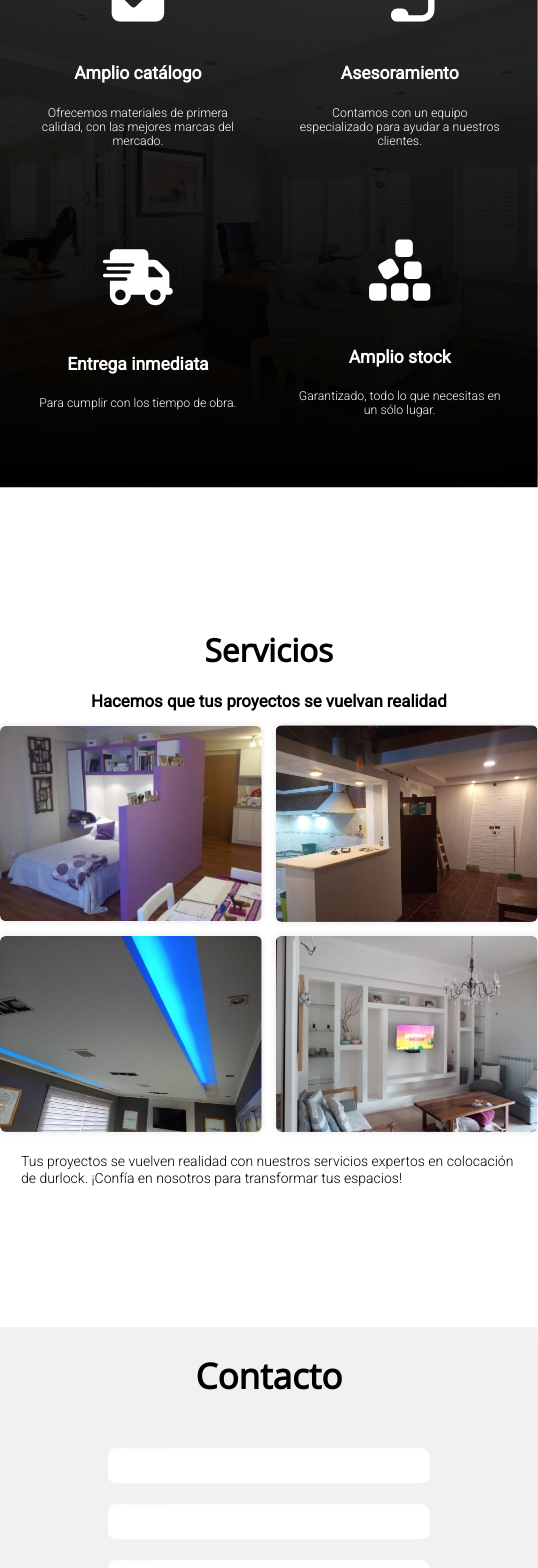
Repository: DamianBermudez94/Perfil-Plac
Page: /
An editor plug-in stored every save of this project. The page is shown before and after the next save, followed by the edit.
The browser window is 768 px wide. The pictures show the part of the page from y = 4260 to 6500 px (the page is 7406 px tall), at 70% of full size.
Backgrounds fixed to the window are drawn as part of the page. The project was rebuilt for these pictures with package versions that can differ from the ones it lists, and the page was loaded fresh each time. Also part of the build but not shown: vite.config.js, src/index.css.

Above is the page before, as saved 2024-02-20 18:40:16.

After the next save:
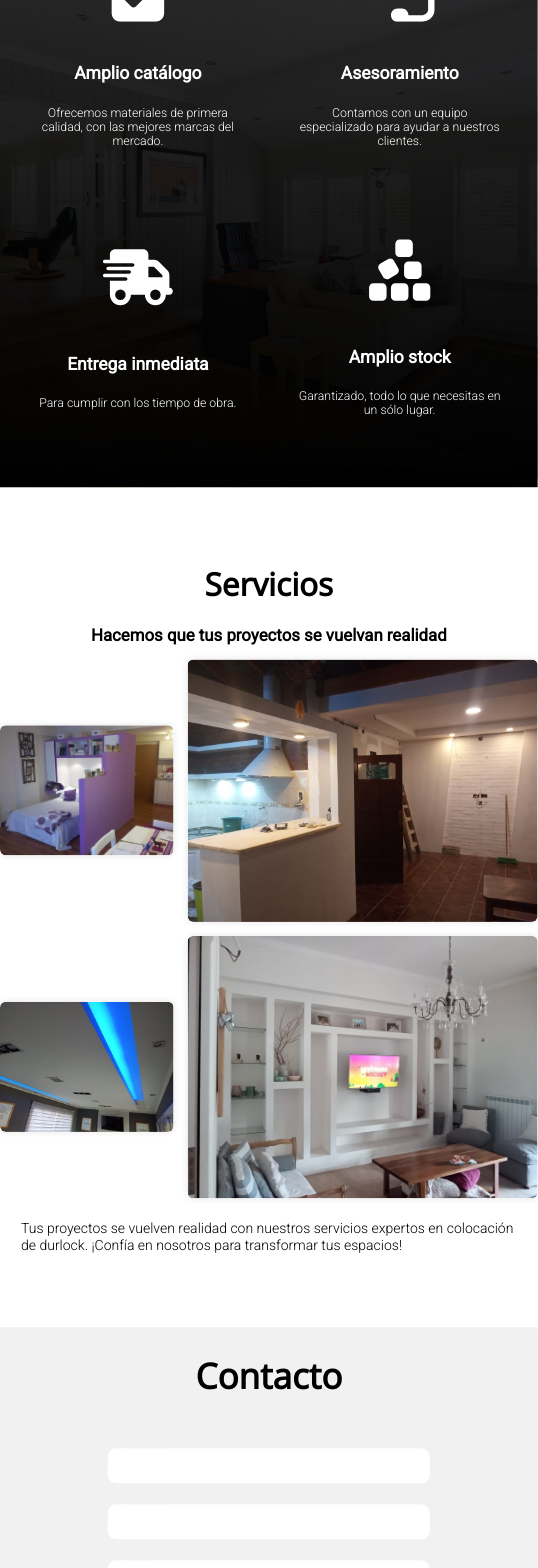
Saved 15 s later.
--- a/src/components/Servicios/styles.css
+++ b/src/components/Servicios/styles.css
@@ -36,7 +36,7 @@
 
   .content-colocacion {
     display: grid;
-    grid-template-columns: repeat(2, 1fr);
+    grid-template-columns: repeat(1, 1fr);
     place-items: center;
     gap: 20px;
     margin: 0 auto;
